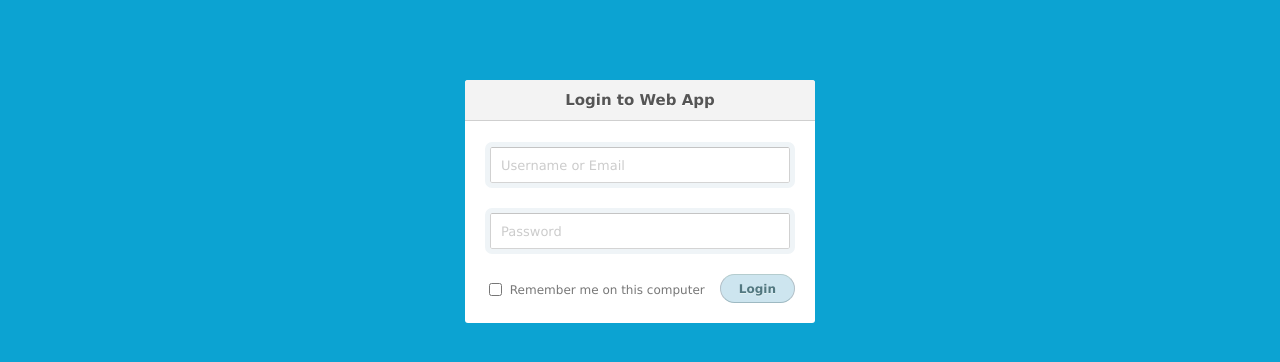
Repository: blessed-skate/InventoryControlSystem
Page: http://localhost/InventoryControlSystemPortal/jsp/login.jsp
These files come from the project's save history. The page is drawn as it stood at one moment and after the next save; the edit follows.
The browser window is 1280 px wide. The pictures show the whole page.
The page is served by Tomcat 9. Nobody is signed in. The application's start-up code is not run. Other server files are loaded and not shown.

Above is the page before, as saved 2015-07-21 19:46:09.

### InventoryControlSystemPortal/WebContent/jsp/login.jsp
<!DOCTYPE html>
<html lang="en">
<head>
<meta charset="utf-8">
<meta http-equiv="X-UA-Compatible" content="IE=edge,chrome=1">
<title>Login Form</title>
<link rel="stylesheet" href="css/style.css">
</head>
<body>
	<div class="container">
		<div class="login">
			<h1>Login to Web App</h1>
			<form method="post" action="index.html">
				<p>
					<input type="text" name="j_username" value=""
						placeholder="Username or Email">
				</p>
				<p>
					<input type="password" name="j_password" value=""
						placeholder="Password">
				</p>
				<p class="remember_me">
					<label> <input type="checkbox" name="remember_me"
						id="remember_me"> Remember me on this computer
					</label>
				</p>
				<p class="submit">
					<input type="submit" name="commit" value="Login">
				</p>
			</form>
		</div>
	</div>
</body>
</html>

### InventoryControlSystemPortal/WebContent/css/style.css
body {
	font: 13px/20px 'Lucida Grande', Tahoma, Verdana, sans-serif;
	color: #404040;
	background: #0ca3d2;
}

.container {
	margin: 80px auto;
	width: 640px;
}

.login {
	position: relative;
	margin: 0 auto;
	padding: 20px 20px 20px;
	width: 310px;
	background: white;
	border-radius: 3px; @ include box-shadow(0 0 200px rgba(white, .5), 0
	1px 2px rgba(black, .3)); &: before { content : '';
	position: absolute;
	top: -8px;
	right: -8px;
	bottom: -8px;
	left: -8px;
	z-index: -1;
	background: rgba(black, .08);
	border-radius: 4px;
}

h1 {
	margin: -20px -20px 21px;
	line-height: 40px;
	font-size: 15px;
	font-weight: bold;
	color: #555;
	text-align: center;
	text-shadow: 0 1px white;
	background: #f3f3f3;
	border-bottom: 1px solid #cfcfcf;
	border-radius: 3px 3px 0 0;
	@
	include
	linear-gradient(top,
	whiteffd,
	#eef2f5);
	@
	include
	box-shadow(0
	1px
	#f5f5f5);
}

p {
	margin: 20px 0 0;
}

p:first-child {
	margin-top: 0;
}

input[type=text], input[type=password] {
	width: 278px;
}

p.remember_me {
	float: left;
	line-height: 31px; label { font-size : 12px;
	color: #777;
	cursor: pointer;
}

input {
	position: relative;
	bottom: 1px;
	margin-right: 4px;
	vertical-align: middle;
}

}
p.submit {
	text-align: right;
}

}
.login-help {
	margin: 20px 0;
	font-size: 11px;
	color: white;
	text-align: center;
	text-shadow: 0 1px #2a85a1; a { color : #cce7fa;
	text-decoration: none;
	&:
	hover
	{
	text-decoration
	:
	underline;
}

}
}
:-moz-placeholder {
	color: #c9c9c9 !important;
	font-size: 13px;
}

::-webkit-input-placeholder {
	color: #ccc;
	font-size: 13px;
}

input {
	font-family: 'Lucida Grande', Tahoma, Verdana, sans-serif;
	font-size: 14px;
}

input[type=text], input[type=password] {
	margin: 5px;
	padding: 0 10px;
	width: 200px;
	height: 34px;
	color: #404040;
	background: white;
	border: 1px solid;
	border-color: #c4c4c4 #d1d1d1 #d4d4d4;
	border-radius: 2px;
	outline: 5px solid #eff4f7;
	-moz-outline-radius: 3px; // Can we get this on WebKit please? @include
	box-shadow(inset 0 1px 3px rgba(black, .12)); &: focus { border-color :
	#7dc9e2;
	outline-color: #dceefc;
	outline-offset: 0;
	//
	WebKit
	sets
	this
	to
	-1
	by
	default
}

}
input[type=submit] {
	padding: 0 18px;
	height: 29px;
	font-size: 12px;
	font-weight: bold;
	color: #527881;
	text-shadow: 0 1px #e3f1f1;
	background: #cde5ef;
	border: 1px solid;
	border-color: #b4ccce #b3c0c8 #9eb9c2;
	border-radius: 16px;
	outline: 0; @ include box-sizing(content-box); // Firefox sets this to
	border-box by default @include linear-gradient(top, #edf5f8, #cde5ef);
	@ include box-shadow(inset 0 1px white, 0 1px 2px rgba(black, .15)); &:
	active { background : #cde5ef;
	border-color: #9eb9c2 #b3c0c8 #b4ccce;
	@
	include
	box-shadow(inset
	0
	0
	3px
	rgba(black,
	.2));
}

}
.lt-ie9 {input [type=text], input[type=password] { line-height:34px;

}
}

After the next save:
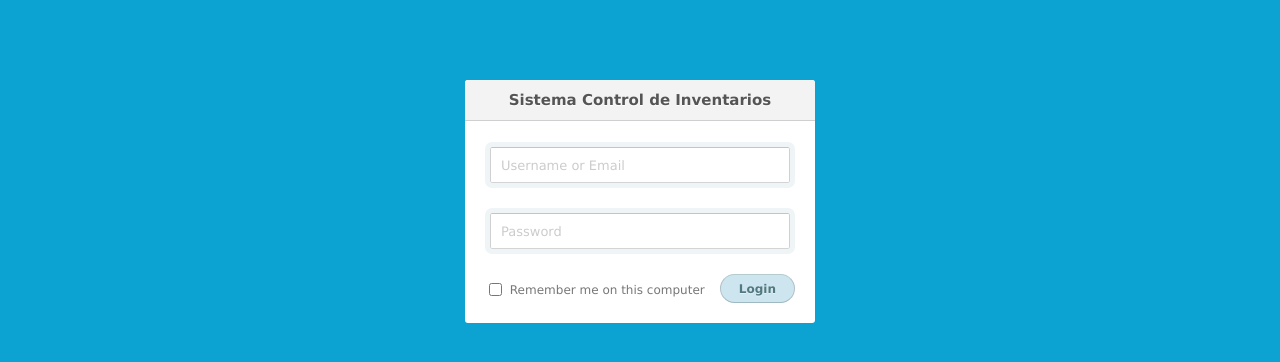
Saved 23 s later.
--- a/InventoryControlSystemPortal/WebContent/jsp/login.jsp
+++ b/InventoryControlSystemPortal/WebContent/jsp/login.jsp
@@ -9,7 +9,7 @@
 <body>
 	<div class="container">
 		<div class="login">
-			<h1>Login to Web App</h1>
+			<h1>Sistema Control de Inventarios</h1>
 			<form method="post" action="index.html">
 				<p>
 					<input type="text" name="j_username" value=""
